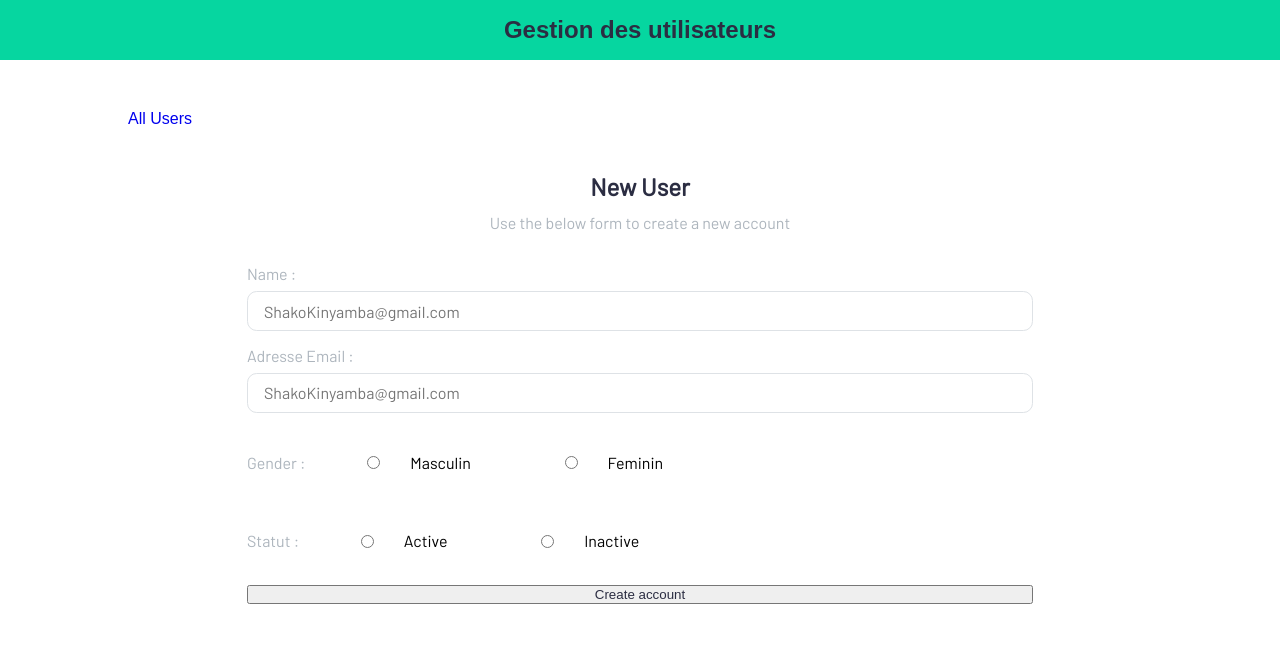
Repository: SKB-TECH/CrudMren
Page: add-user.html
The author's editor kept a copy of each file at every save. The page is drawn from the files as they stood at one save, then again after a run of saves.
The browser window is 1280 px wide. The pictures show the whole page.
Some web fonts or font styles are not loaded; a fallback is used.

Above is the page before, as saved 2022-10-11 14:08:46.

After the next 2 saves:
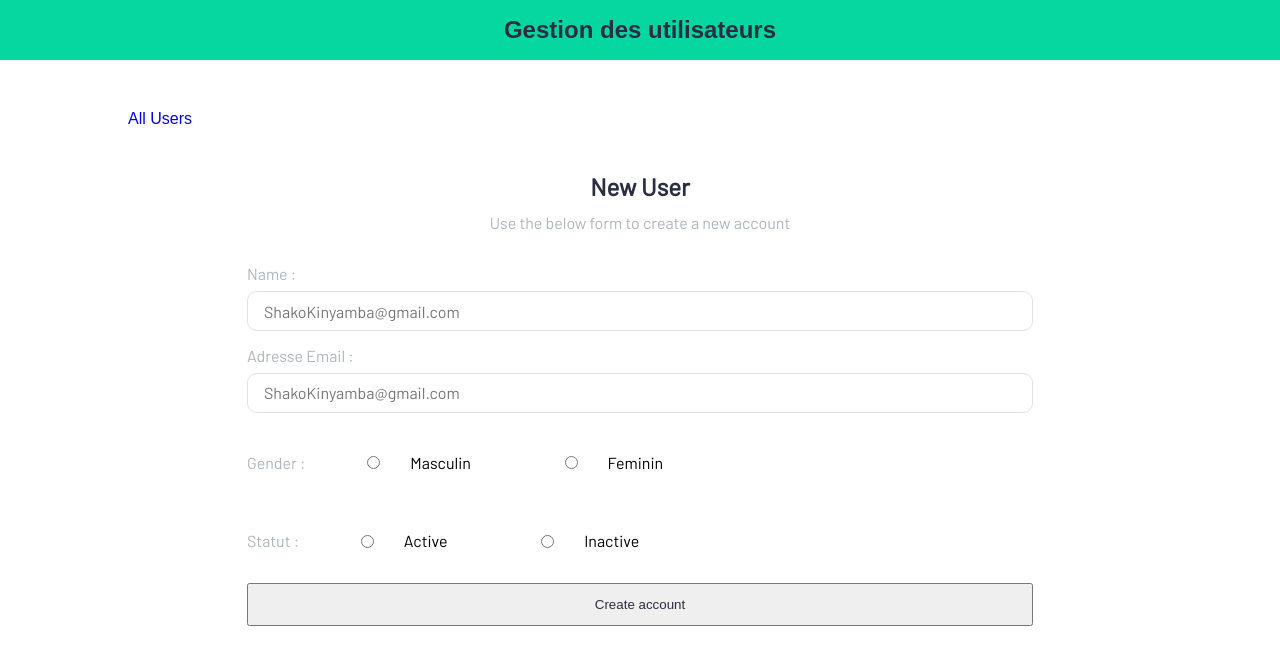
The 2 saves are shown as one change because they came seconds apart.
The last was saved 33 s later.
--- a/assets/css/style.css
+++ b/assets/css/style.css
@@ -179,5 +179,5 @@ table {
 #update_user .form-group .btn,
 #add_user .form-group .btn{
     width: 100%;
-
+    padding: .9em;
 }
